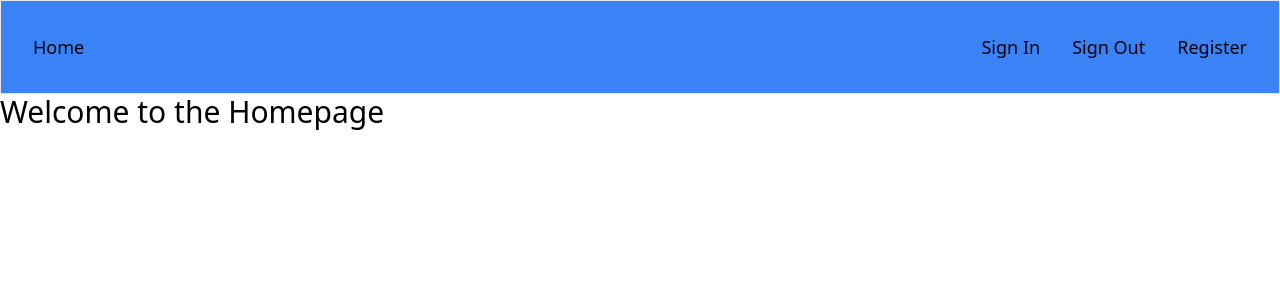
Repository: oderinde300/react-authentication-with-json-server
Page: /
The author's editor kept a copy of each file at every save. The page is drawn from the files as they stood at one save, then again after the next save.
The browser window is 1280 px wide. The pictures show the whole page.
The project was rebuilt for these pictures with package versions that can differ from the ones it lists, and the page was loaded fresh each time. Also part of the build but not shown: src/components/authentication/Login.jsx, src/pages/LoginPage.jsx.

Above is the page before, as saved 2023-03-22 12:30:28.

After the next save:
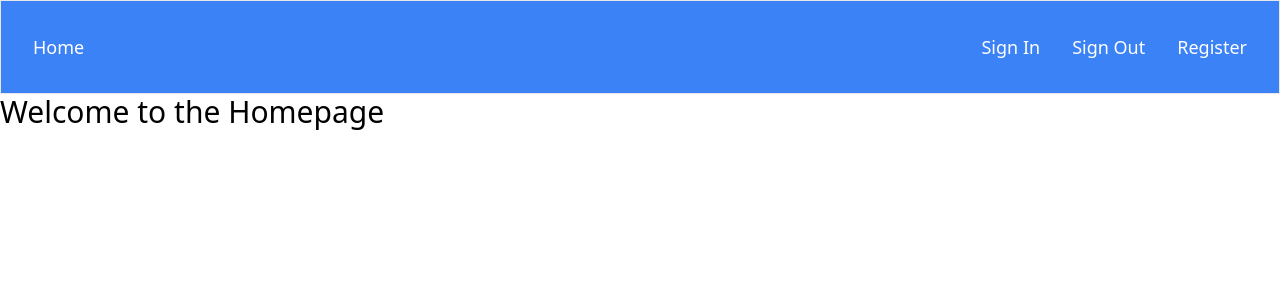
Saved 28 s later.
--- a/src/App.js
+++ b/src/App.js
@@ -7,11 +7,11 @@ function App() {
     <div>
       <header>
         <nav className="border py-8 flex justify-between px-8 text-lg bg-blue-500">
-          <p>Home</p>
-          <ul className="flex ">
-            <li className="mx-4 text-lg">Sign In</li>
-            <li className="mx-4 text-lg">Sign Out</li>
-            <li className="ml-4 text-lg">Register</li>
+          <p className="text-lg text-white">Home</p>
+          <ul className="flex  ">
+            <li className="mx-4 text-lg text-white">Sign In</li>
+            <li className="mx-4 text-lg text-white">Sign Out</li>
+            <li className="ml-4 text-lg text-white">Register</li>
           </ul>
         </nav>
       </header>
